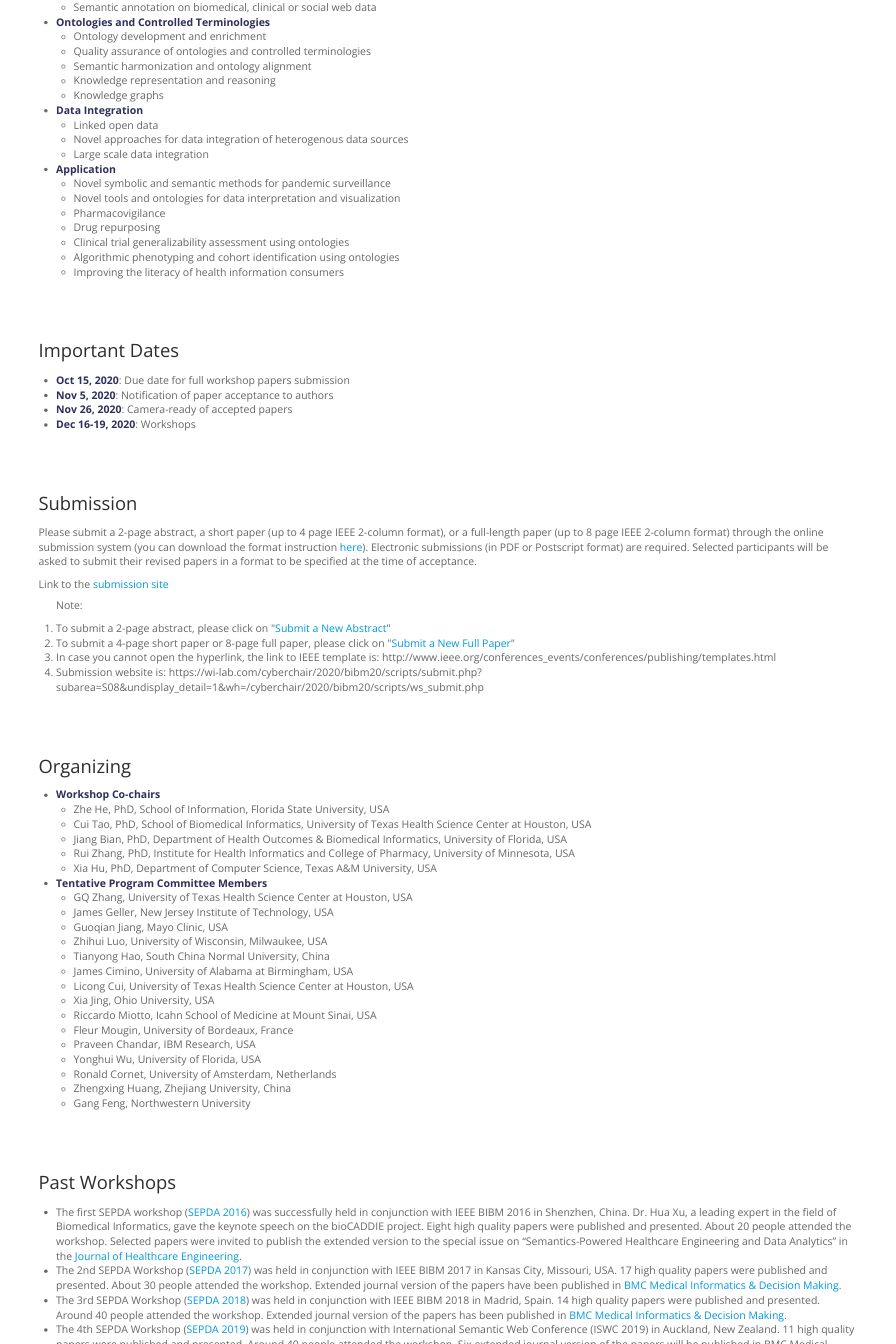
Repository: bianjiang/semantics-powered.org
Page: sepda2020.html
The author's editor kept a copy of each file at every save. The page is drawn from the files as they stood at one save, then again after the next save.
The browser window is 1280 px wide. The pictures show the part of the page from y = 1092 to 3012 px (the page is 3169 px tall), at 70% of full size.
Some web libraries are served in a nearby version.

Above is the page before, as saved 2020-08-21 14:18:38.
Console error (its wording comes from the project's code and is left out).

### sepda2020.html
<!DOCTYPE html>
<!--[if lt IE 7]>      <html class="no-js lt-ie9 lt-ie8 lt-ie7"> <![endif]-->
<!--[if IE 7]>         <html class="no-js lt-ie9 lt-ie8"> <![endif]-->
<!--[if IE 8]>         <html class="no-js lt-ie9"> <![endif]-->
<!--[if gt IE 8]><!-->
<html class="no-js">
<!--<![endif]-->

<head>
  <meta charset="utf-8">
  <meta http-equiv="X-UA-Compatible" content="IE=edge,chrome=1">
  <title></title>
  <meta name="description" content="">
  <meta name="viewport" content="width=device-width">

  <link rel="stylesheet" href="css/bootstrap.min.css">
  <style>
    body {
      padding-top: 60px;
      padding-bottom: 40px;
    }
  </style>
  <link rel="stylesheet" href="css/bootstrap-responsive.min.css">
  <link rel="stylesheet" href="css/main.css">

  <script src="js/vendor/modernizr-2.6.2-respond-1.1.0.min.js"></script>
</head>

<body class="preview" id="top" data-spy="scroll" data-target=".subnav" data-offset="80">
  <!--[if lt IE 7]>
            <p class="chromeframe">You are using an <strong>outdated</strong> browser. Please <a href="http://browsehappy.com/">upgrade your browser</a> or <a href="http://www.google.com/chromeframe/?redirect=true">activate Google Chrome Frame</a> to improve your experience.</p>
        <![endif]-->

  <!-- This code is taken from http://twitter.github.com/bootstrap/examples/hero.html -->

  <div class="navbar navbar-fixed-top">
    <div class="navbar-inner">
      <div class="container">
        <a class="btn btn-navbar" data-toggle="collapse" data-target=".nav-collapse">
          <span class="icon-bar"></span>
          <span class="icon-bar"></span>
          <span class="icon-bar"></span>
        </a>
        <a class="brand" href="#">&nbsp;</a>
        <div class="nav-collapse collapse">
          <ul class="nav">
            <li><a href="#">SEPDA 2020</a></li>
          </ul>
        </div>

      </div>

    </div>
  </div>

  <div class="container">

    <!-- Main hero unit for a primary marketing message or call to action -->
    <!--
            <div class="hero-unit">
                <h1>Hello, world!</h1>
                <p>This is a template for a simple marketing or informational website. It includes a large callout called the hero unit and three supporting pieces of content. Use it as a starting point to create something more unique.</p>
                <p><a class="btn btn-primary btn-large">Learn more &raquo;</a></p>
            </div>
            -->
    <!-- Masthead
================================================== -->
    <header class="jumbotron subhead" id="overview">
      <div class="row">
        <div class="span12">
          <br />
          <h2>The 5th International Workshop on Semantics-Powered Data Mining and Analytics (SEPDA 2020)</h2>
          <br />
          <p class="lead">
            in Conjunction with the IEEE International Conference on Bioinformatics and Biomedicine(BIBM 2020)
          </p>
        </div>
        <div class="span6">
          <!--
      <div class="bsa well">
          <div id="bsap_1277971" class="bsarocks bsap_c466df00a3cd5ee8568b5c4983b6bb19"></div>
      </div>
    -->
        </div>
      </div>
      <div class="subnav">
        <ul class="nav nav-pills">
          <li><a href="#overview">Overview</a></li>
          <li><a href="#scope">Topics</a></li>
          <li><a href="#dates">Important Dates</a></li>
          <li><a href="#organization">Organizing</a></li>
          <li><a href="#past">Past Workshops</a></li>
        </ul>
      </div>
    </header>

    <section id="overview">
      <div class="row">
        <div class="span12">
          <h3>Overview</h3>
          <p>Biomedical ontologies and controlled terminologies provide structured domain knowledge to a variety of health information systems. The rich thesaurus with concepts linked by semantic relationships has been widely used in natural language processing, data mining, machine learning, semantic annotation, and automated reasoning. The dramatically increasing amount of health-related data poses unprecedented opportunities for mining previously unknown knowledge with semantics-powered data mining and analytics methods. However, due to the heterogeneity of different data sources, it is a challenging problem to exploit multiple sources to solve real-world problems such as designing cost-effective treatment plan for patients, designing generalizable clinical trials, drug repurposing, and clinical phenotyping. The goal of this workshop is to bring people in the field of ontologies, data mining, knowledge representation, knowledge management, and data analytics to discuss innovative semantic methods, applications, and data analytics to address problems in healthcare, biomedicine, public health, and clinical research with biomedical, clinical, behavioral, and social web data. We are inviting original research submissions as well as work-in-progress. Selected full papers will be invited to submit an extended version to a special issue of a premier journal in biomedical informatics.</p>


          <p>SEPDA has been established as a key venue for disseminating research on health data analytics using semantic web technologies such as ontologies. In the past few years, we have seen an increasing interest in using semantic web technologies for health data analysis with more and more submissions that present novel methods and applications for linked open data, information extraction, semantic-web-based knowledge bases, and deep learning. The NIH Data Science Strategic Plan explicitly commits to ensuring that all data-science activities and products supported by the agency adhere to the FAIR principles, meaning that data be Findable, Accessible, Interoperable, and Reusable. Semantic web technologies play a crucial role to address the FAIR principles. With the infrastructure support such as NCBO’s BioPortal for ontology maintenance, the CEDAR software for metadata creation and validation, more and more researchers are using ontologies and semantic web technologies for knowledge representation, semantic inference, natural language processing, and data analytics. Meanwhile, we received submissions that use semantic-based methods to tackle critical problems in biomedical informatics such as extracting drug-drug interaction, drug repurposing, adverse drug reaction, detecting early signals for cognitive impairment, and visualizing dietary supplement knowledge. It is thus critical to hold SEPDA workshop annually to continue our momentum and allow researchers to present and discuss novel methods and applications in this fast-growing field. In the previous four years, we held SEPDA in IEEE International Conference on Bioinformatics and Biomedicine (BIBM 2016, BIBM 2017, BIBM 2018) and International Semantic Web Conference (ISWC 2019).</p>
        </div>
      </div>
    </section>

    <section id="scope">
      <div class="row">
        <div class="span12">
          <h3>Topics</h3>
          <p>Topics of interest include but not limited to:</p>
          <ul>
            <li><b>Semantics-based Data Mining and Analytics</b>
              <ul>
                <li>Ontology-based text mining and natural language processing</li>
                <li>Semantics-powered data mining and machine learning from biomedical, clinical, or social web data
                </li>
                <li>Information Extraction from biomedical, clinical, or social web data</li>
                <li>Semantic annotation on biomedical, clinical or social web data</li>
              </ul>
            </li>
            <li><b>Ontologies and Controlled Terminologies</b>
              <ul>
                <li>Ontology development and enrichment</li>
                <li>Quality assurance of ontologies and controlled terminologies</li>
                <li>Semantic harmonization and ontology alignment</li>
                <li>Knowledge representation and reasoning</li>
                <li>Knowledge graphs</li>
              </ul>
            </li>
            <li><b>Data Integration</b>
              <ul>
                <li>Linked open data</li>
                <li>Novel approaches for data integration of heterogenous data sources</li>
                <li>Large scale data integration</li>
              </ul>
            </li>
            <li><b>Application</b>
              <ul>
                <li>Novel symbolic and semantic methods for pandemic surveillance</li>
                <li>Novel tools and ontologies for data interpretation and visualization</li>
                <li>Pharmacovigilance</li>
                <li>Drug repurposing</li>
                <li>Clinical trial generalizability assessment using ontologies</li>
                <li>Algorithmic phenotyping and cohort identification using ontologies</li>
                <li>Improving the literacy of health information consumers</li>
              </ul>
            </li>
          </ul>
        </div>
      </div>
    </section>

    <section id="dates">
      <div class="row">
        <div class="span12">
          <h3>Important Dates</h3>
          <ul>
          <li><b>Oct 15, 2020</b>: Due date for full workshop papers submission</li>
          <li><b>Nov 5, 2020</b>: Notification of paper acceptance to authors</li>
          <li><b>Nov 26, 2020</b>: Camera-ready of accepted papers</li>
          <li><b>Dec 16-19, 2020</b>: Workshops</li>
        </ul>
        </div>
      </div>
    </section>

    <section id="submission">
      <div class="row">
        <div class="span12">
          <h3>Submission</h3>
          <p>Please submit a 2-page abstract, a short paper (up to 4 page IEEE 2-column format), or a full-length paper (up to 8 page IEEE 2-column format) through the online submission system (you can download the format instruction <a href="http://www.ieee.org/conferences_events/conferences/publishing/templates.html" target="_blank">here</a>). Electronic submissions (in PDF or Postscript format) are required. Selected participants will be asked to submit their revised papers in a format to be specified at the time of acceptance.</p>
          <p>Link to the <a href="https://wi-lab.com/cyberchair/2020/bibm20/scripts/submit.php?subarea=S08&undisplay_detail=1&wh=/cyberchair/2020/bibm20/scripts/ws_submit.php" target="_blank">submission site</a></p>
          <ol>
            <p>Note:</p>
            <li>To submit a 2-page abstract, please click on "<a href="https://wi-lab.com/cyberchair/2020/bibm20/scripts/submitform.php?subarea=S08&submittype=abstract" target="_blank">Submit a New Abstract</a>"</li>
            <li>To submit a 4-page short paper or 8-page full paper, please click on "<a href="https://wi-lab.com/cyberchair/2020/bibm20/scripts/submitform.php?subarea=S08&submittype=&upload_only=0" target="_blank">Submit a New Full Paper</a>"</li>
            <li>In case you cannot open the hyperlink, the link to IEEE template is:
              http://www.ieee.org/conferences_events/conferences/publishing/templates.html</li>
            <li>Submission website is:
              https://wi-lab.com/cyberchair/2020/bibm20/scripts/submit.php?subarea=S08&undisplay_detail=1&wh=/cyberchair/2020/bibm20/scripts/ws_submit.php</li>
          </ol>
        </div>
      </div>
    </section>

    <section id="organization">
      <div class="row">
        <div class="span12">
          <h3>Organizing</h3>
          <ul>
            <li><b>Workshop Co-chairs</b>
              <ul>
                <li>
                 Zhe He, PhD, School of Information, Florida State University, USA

                </li>
                <li>
                  Cui Tao, PhD, School of Biomedical Informatics, University of Texas Health Science Center at Houston, USA

                </li>
                <li>
                  Jiang Bian, PhD, Department of Health Outcomes & Biomedical Informatics, University of Florida, USA

                </li>
                <li>
                 Rui Zhang, PhD, Institute for Health Informatics and College of Pharmacy, University of Minnesota, USA

                </li>
                <li>
                 Xia Hu, PhD, Department of Computer Science, Texas A&M University, USA

                </li>
              </ul>
            </li>
            <li><b>Tentative Program Committee Members</b>
              <ul>
                <li>GQ Zhang, University of Texas Health Science Center at Houston, USA</li>
                <li>James Geller, New Jersey Institute of Technology, USA</li>
                <li>Guoqian Jiang, Mayo Clinic, USA</li>
                <li>Zhihui Luo, University of Wisconsin, Milwaukee, USA</li>
                <li>Tianyong Hao, South China Normal University, China</li>
                <li>James Cimino, University of Alabama at Birmingham, USA</li>
                <li>Licong Cui, University of Texas Health Science Center at Houston, USA</li>
                <li>Xia Jing, Ohio University, USA</li>
                <li>Riccardo Miotto, Icahn School of Medicine at Mount Sinai, USA</li>
                <li>Fleur Mougin, University of Bordeaux, France</li>
                <li>Praveen Chandar, IBM Research, USA</li>
                <li>Yonghui Wu, University of Florida, USA</li>
                <li>Ronald Cornet, University of Amsterdam, Netherlands</li>
                <li>Zhengxing Huang, Zhejiang University, China</li>
                <li>Gang Feng, Northwestern University</li>
              </ul>
            </li>
          </ul>
        </div>
      </div>
    </section>

    <section id="past">
      <div class="row">
        <div class="span12">
          <h3>Past Workshops</h3>
          <ul>
           <li>The first SEPDA workshop (<a href="http://semantics-powered.org/sepda2016.html" target="_blank">SEPDA
                2016</a>) was successfully held in conjunction with IEEE BIBM 2016 in Shenzhen, China. Dr. Hua Xu, a leading expert in the field of Biomedical Informatics, gave the keynote speech on the bioCADDIE project. Eight high quality papers were published and presented. About 20 people attended the workshop. Selected papers were invited to publish the extended version to the special issue on “Semantics-Powered Healthcare Engineering and Data Analytics” in the <a href="https://www.hindawi.com/journals/jhe/si/461480/" target="_blank">Journal of Healthcare Engineering</a>.</li>

          <li>The 2nd SEPDA Workshop (<a href="http://semantics-powered.org/sepda2017.html" target="_blank">SEPDA
                2017</a>) was held in conjunction with IEEE BIBM 2017 in Kansas City, Missouri, USA. 17 high quality papers were published and presented. About 30 people attended the workshop. Extended journal version of the papers have been published in <a href="https://bmcmedinformdecismak.biomedcentral.com/articles/supplements/volume-18-supplement-2" target="_blank">BMC Medical Informatics & Decision Making</a>.</li>

          <li>The 3rd SEPDA Workshop (<a href="http://semantics-powered.org/sepda2018.html" target="_blank">SEPDA
                2018</a>) was held in conjunction with IEEE BIBM 2018 in Madrid, Spain. 14 high quality papers were published and presented. Around 40 people attended the workshop. Extended journal version of the papers has been published in <a href="https://bmcmedinformdecismak.biomedcentral.com/articles/supplements/volume-19-supplement-4" target="_blank">BMC Medical Informatics & Decision Making</a>.</li>

          <li>The 4th SEPDA Workshop (<a href="http://semantics-powered.org/sepda2019.html" target="_blank">SEPDA
                2019</a>) was held in conjunction with International Semantic Web Conference (ISWC 2019) in Auckland, New Zealand. 11 high quality papers were published and presented. Around 40 people attended the workshop. Six extended journal version of the papers will be published in BMC Medical Informatics & Decision Making in July 2020.</li>
                </ul>
        </div>

      </div>
    </section>

    <hr>

    <footer>
      <p>&copy; Semantic-Powered.org 2020</p>
    </footer>

  </div> <!-- /container -->

  <script src="//ajax.googleapis.com/ajax/libs/jquery/1.9.1/jquery.min.js"></script>
  <script>window.jQuery || document.write('<script src="js/vendor/jquery-1.9.1.min.js"><\/script>')</script>

  <script src="js/vendor/bootstrap.min.js"></script>

  <script src="js/plugins.js"></script>
  <script src="js/main.js"></script>
  <script>
      (function (i, s, o, g, r, a, m) {
        i['GoogleAnalyticsObject'] = r; i[r] = i[r] || function () {
          (i[r].q = i[r].q || []).push(arguments)
        }, i[r].l = 1 * new Date(); a = s.createElement(o),
          m = s.getElementsByTagName(o)[0]; a.async = 1; a.src = g; m.parentNode.insertBefore(a, m)
      })(window, document, 'script', 'https://www.google-analytics.com/analytics.js', 'ga');

    ga('create', 'UA-50982144-4', 'auto');
    ga('send', 'pageview');

  </script>
</body>

</html>

Loaded but not shown: css/bootstrap.min.css (library); css/bootstrap-responsive.min.css (library); js/vendor/modernizr-2.6.2-respond-1.1.0.min.js (library); js/vendor/bootstrap.min.js (library); js/main.js (95 lines, source omitted); js/plugins.js (24 lines, source omitted); css/main.css (467 lines, source omitted)

After the next save:
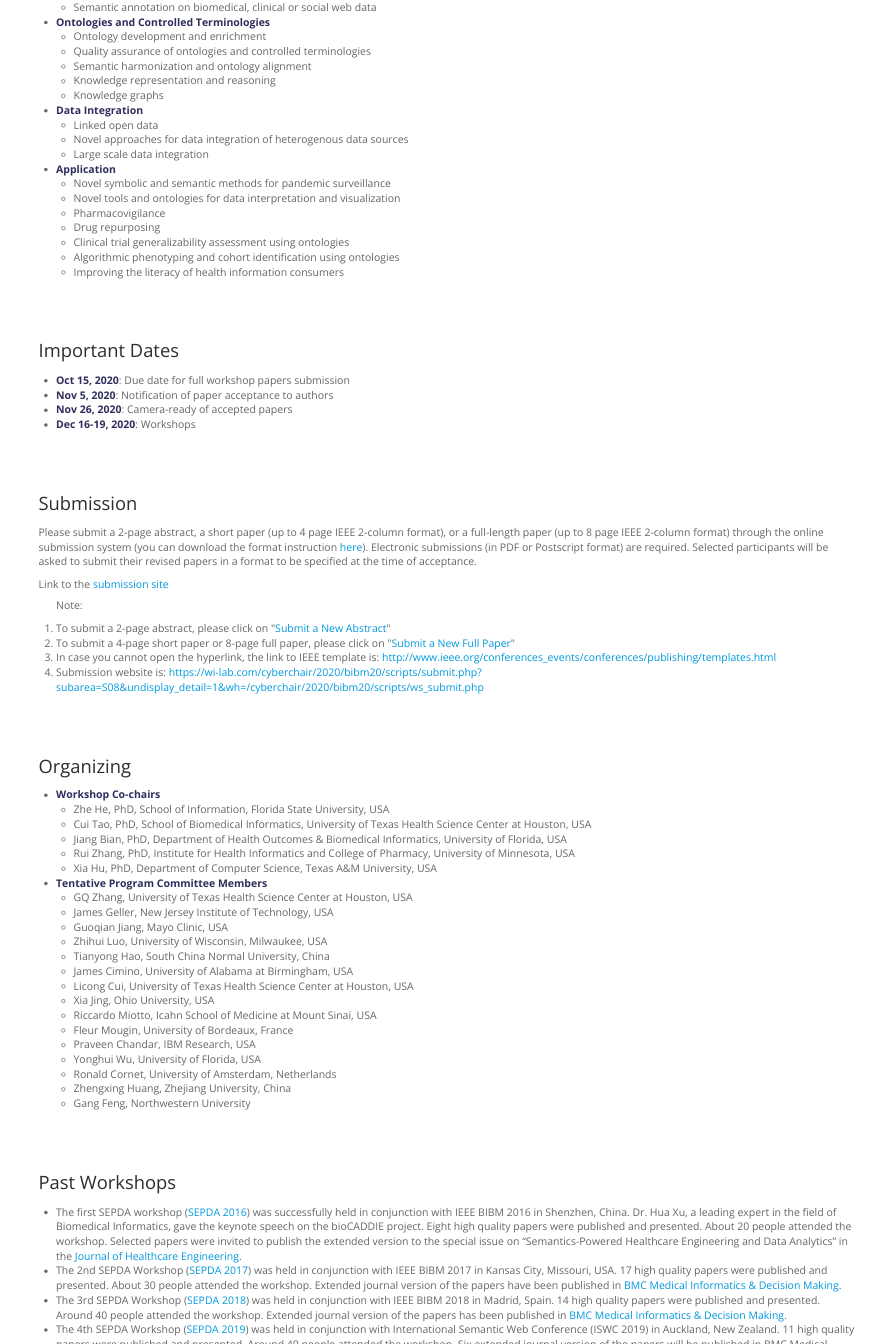
Saved 40 s later.
--- a/sepda2020.html
+++ b/sepda2020.html
@@ -178,9 +178,9 @@
             <li>To submit a 2-page abstract, please click on "<a href="https://wi-lab.com/cyberchair/2020/bibm20/scripts/submitform.php?subarea=S08&submittype=abstract" target="_blank">Submit a New Abstract</a>"</li>
             <li>To submit a 4-page short paper or 8-page full paper, please click on "<a href="https://wi-lab.com/cyberchair/2020/bibm20/scripts/submitform.php?subarea=S08&submittype=&upload_only=0" target="_blank">Submit a New Full Paper</a>"</li>
             <li>In case you cannot open the hyperlink, the link to IEEE template is:
-              http://www.ieee.org/conferences_events/conferences/publishing/templates.html</li>
+              <a href="http://www.ieee.org/conferences_events/conferences/publishing/templates.html" target="_blank">http://www.ieee.org/conferences_events/conferences/publishing/templates.html</a></li>
             <li>Submission website is:
-              https://wi-lab.com/cyberchair/2020/bibm20/scripts/submit.php?subarea=S08&undisplay_detail=1&wh=/cyberchair/2020/bibm20/scripts/ws_submit.php</li>
+              <a href="https://wi-lab.com/cyberchair/2020/bibm20/scripts/submit.php?subarea=S08&undisplay_detail=1&wh=/cyberchair/2020/bibm20/scripts/ws_submit.php" target="_blank">https://wi-lab.com/cyberchair/2020/bibm20/scripts/submit.php?subarea=S08&undisplay_detail=1&wh=/cyberchair/2020/bibm20/scripts/ws_submit.php</a></li>
           </ol>
         </div>
       </div>
